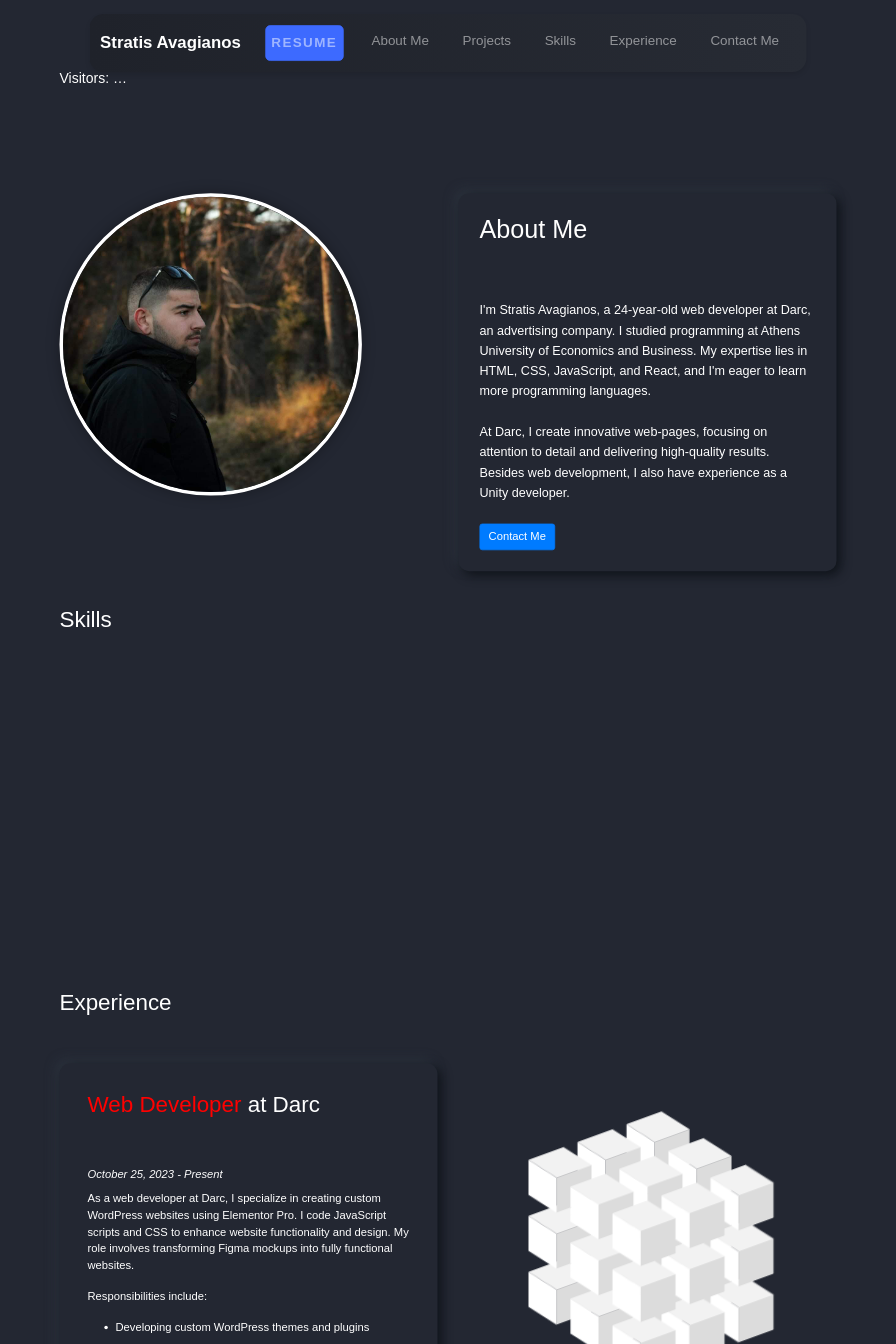
Repository: ava1313/Portfolio
Page: index.html
These files come from the project's save history. The page is drawn as it stood at one moment and after the next save; the edit follows.
The browser window is 1280 px wide. The pictures show the part of the page from y = 0 to 1920 px (the page is 3580 px tall before and 3454 px after), at 70% of full size.
Some web libraries are served in a nearby version.

Above is the page before, as saved 2025-05-08 00:28:50.
Console error: ReferenceError: firebase is not defined

### index.html
<!DOCTYPE html>
<html lang="en">
<head>
    <meta charset="UTF-8">
    <meta name="viewport" content="width=device-width, initial-scale=1.0">
    <meta http-equiv="Content-Security-Policy" content="script-src 'self' https://kit.fontawesome.com;">

    <title>My Portfolio</title>
    <link rel="stylesheet" href="https://stackpath.bootstrapcdn.com/bootstrap/4.5.2/css/bootstrap.min.css">
    <link rel="stylesheet" href="style.css">

    <script src="https://kit.fontawesome.com/59bc267a29.js" crossorigin="anonymous"></script>
      <!-- Firebase SDKs -->
  <script src="https://www.gstatic.com/firebasejs/9.22.0/firebase-app-compat.js"></script>
  <script src="https://www.gstatic.com/firebasejs/9.22.0/firebase-database-compat.js"></script>

</head>
<body>

    <nav class="navbar navbar-expand-lg navbar-dark bg-dark fixed-top">
        <div class="container">
            <div class="navbar-header">
                <a class="navbar-brand" href="#">Stratis Avagianos</a>
                <!-- Burger icon with toggle for popup on small screens -->
                <button class="navbar-toggler" type="button" id="toggleMenu">
                    <span class="navbar-toggler-icon"></span>
                </button>

            </div>
            <div class="collapse navbar-collapse" id="navbarSupportedContent">
                <ul class="navbar-nav ml-auto">
                    <li class="nav-item">
                        <a class="nav-link resume-link" href="MyResume.pdf" target="_blank">Resume</a>
                    </li>
                    <li class="nav-item">
                        <a class="nav-link" href="#about">About Me</a>
                    </li>
                    <li class="nav-item">
                        <a class="nav-link" href="#projects">Projects</a>
                    </li>
                    <li class="nav-item">
                        <a class="nav-link" href="#skills">Skills</a>
                    </li>
                    <li class="nav-item">
                        <a class="nav-link" href="#experience">Experience</a>
                    </li>
                    <li class="nav-item">
                        <a class="nav-link" href="#contact">Contact Me</a>
                    </li>
                </ul>
            </div>
        </div>
    </nav>

    <!-- Popup Menu for smaller screens -->
    <!-- Popup Menu for smaller screens -->
<div id="popupMenu" style="display: none; position: fixed; top: 0; left: 0; width: 100vw; height: 100vh; background-color: #232732; z-index: 1050; color: white;">
    <div style="width: 100%; height: 100%; display: flex; flex-direction: column; justify-content: center; align-items: center;">
        <button onclick="togglePopup()" style="position: absolute; top: 20px; right: 20px; border: none; background: none; color: white; font-size: 30px; cursor: pointer;">&times;</button>
        <ul class="navbar-nav">
            <li class="nav-item">
                <a class="nav-link" href="#about" onclick="togglePopup()">About Me</a>
            </li>
            <li class="nav-item">
                <a class="nav-link" href="#projects" onclick="togglePopup()">Projects</a>
            </li>
            <li class="nav-item">
                <a class="nav-link" href="#skills" onclick="togglePopup()">Skills</a>
            </li>
            <li class="nav-item">
                <a class="nav-link" href="#experience" onclick="togglePopup()">Experience</a>
            </li>
            <li class="nav-item">
                <a class="nav-link" href="#contact" onclick="togglePopup()">Contact Me</a>
            </li>
        </ul>
    </div>
</div>
  <!-- Visitor Counter -->
  <div class="container mt-5 pt-5">
    <p id="visitor-count" class="lead">Visitors: …</p>
  </div>




    <!-- Content Area -->
    <div class="content">
        <!-- Your content goes here -->
    </div>



    <section id="about">
        <div class="container">
            <div class="row">
                <div class="col-lg-6">
                    <div class="about-image">
                        <img src="me.jpg" alt="Your Name" class="img-fluid rounded-circle" id="profile-image">
                        <img src="me-cartoon.jpg" alt="Your Name" class="img-fluid rounded-circle" id="profile-image-hover">
                    </div>
                </div>
                <div class="col-lg-6">
                    <div class="about-content">
                        <h2>About Me</h2>
                        <p>I'm Stratis Avagianos, a 24-year-old web developer at Darc, an advertising company. I studied programming at Athens University of Economics and Business. My expertise lies in HTML, CSS, JavaScript, and React, and I'm eager to learn more programming languages.</p>
                        <p>At Darc, I create innovative web-pages, focusing on attention to detail and delivering high-quality results. Besides web development, I also have experience as a Unity developer.</p>
                        <a href="#contact" class="btn btn-primary">Contact Me</a>
                    </div>
                </div>
            </div>
        </div>
    </section>





  <section id="skills">
    <div class="container">
        <h2>Skills</h2>
        <div class="skills-grid">
            <div class="skill" data-tooltip="HTML"><i class="fab fa-html5"></i><span class="skill-name">HTML</span></div>
            <div class="skill" data-tooltip="JavaScript"><i class="fab fa-js"></i><span class="skill-name">JavaScript</span></div>
            <div class="skill" data-tooltip="CSS"><i class="fab fa-css3-alt"></i><span class="skill-name">CSS</span></div>
            <div class="skill" data-tooltip="Wordpress"><i class="fab fa-wordpress"></i><span class="skill-name">Wordpress</span></div>
            <div class="skill" data-tooltip="Bootstrap"><i class="fab fa-bootstrap"></i><span class="skill-name">Bootstrap</span></div>
            <div class="skill" data-tooltip="Angular"><i class="fab fa-angular"></i><span class="skill-name">Angular</span></div>
            <div class="skill" data-tooltip="React"><i class="fab fa-react"></i><span class="skill-name">React</span></div>
            <div class="skill" data-tooltip="Three.js"><i class="fas fa-cube"></i><span class="skill-name">Three.js</span></div>
            <div class="skill" data-tooltip="Node.js"><i class="fab fa-node-js"></i><span class="skill-name">Node.js</span></div>
            <div class="skill" data-tooltip="NGINX"><i class="fas fa-server"></i><span class="skill-name">NGINX</span></div>
            <div class="skill" data-tooltip="PHP"><i class="fab fa-php"></i><span class="skill-name">PHP</span></div>
            <div class="skill" data-tooltip="API"><i class="fas fa-network-wired"></i><span class="skill-name">API</span></div>
            <div class="skill" data-tooltip="C#"><i class="fab fa-windows"></i><span class="skill-name">C#</span></div>
            <div class="skill" data-tooltip="Python"><i class="fab fa-python"></i><span class="skill-name">Python</span></div>
            <div class="skill" data-tooltip="Graphics"><i class="fas fa-paint-brush"></i><span class="skill-name">Graphics</span></div>
            <div class="skill" data-tooltip="Kotlin"><i class="fab fa-korvue"></i><span class="skill-name">Kotlin</span></div>
            <div class="skill" data-tooltip="Unity"><i class="fab fa-unity"></i><span class="skill-name">Unity</span></div>
            <div class="skill" data-tooltip="Team Member Communication Skills"><i class="fas fa-users"></i><span class="skill-name">Team Member Communication Skills</span></div>
            <div class="skill" data-tooltip="Problem-Solving Skills"><i class="fas fa-puzzle-piece"></i><span class="skill-name">Problem-Solving Skills</span></div>
            <div class="skill" data-tooltip="Adaptability"><i class="fas fa-adjust"></i><span class="skill-name">Adaptability</span></div>
            <div class="skill" data-tooltip="Attention to detail"><i class="fas fa-search"></i><span class="skill-name">Attention to detail</span></div>
            <div class="skill" data-tooltip="Multitasking"><i class="fas fa-tasks"></i><span class="skill-name">Multitasking</span></div>
            <div class="skill" data-tooltip="Continuous learning"><i class="fas fa-graduation-cap"></i><span class="skill-name">Continuous learning</span></div>
            <div class="skill" data-tooltip="Collaboration and teamwork"><i class="fas fa-hands-helping"></i><span class="skill-name">Collaboration and teamwork</span></div>
        </div>
    </div>
</section>


<section id="experience">
    <div class="container">
        <h2><span class="experience-title">Experience</span></h2>
        <div class="row">
            <div class="col-lg-6">
                <div class="experience-card">
                    <div class="card-body">
                        <h2><span class="red-text">Web Developer</span> at Darc</h2>
                        <p class="job-duration">October 25, 2023 - Present</p>
                        <p class="job-description">As a web developer at Darc, I specialize in creating custom WordPress websites using Elementor Pro. I code JavaScript scripts and CSS to enhance website functionality and design. My role involves transforming Figma mockups into fully functional websites.</p>
                        <p class="job-responsibilities">Responsibilities include:</p>
                        <ul class="job-responsibilities">
                            <li>Developing custom WordPress themes and plugins</li>
                            <li>Optimizing website performance</li>
                        </ul>
                    </div>
                </div>
            </div>
            <div class="col-lg-6">
                <div class="cube-container">
                    <div class="cube">
                        <div style="--x:-1; --y:0;">
                          <span style="--i:3;"></span>
                          <span style="--i:2;"></span>
                          <span style="--i:1;"></span>
                        </div>
                        <div style="--x:0; --y:0;">
                          <span style="--i:3;"></span>
                          <span style="--i:2;"></span>
                          <span style="--i:1;"></span>
                        </div>
                        <div style="--x:1; --y:0;">
                          <span style="--i:3;"></span>
                          <span style="--i:2;"></span>
                          <span style="--i:1;"></span>
                        </div>
                      </div>
                      <div class="cube">
                        <div style="--x:-1; --y:0;">
                          <span style="--i:3;"></span>
                          <span style="--i:2;"></span>
                          <span style="--i:1;"></span>
                        </div>
                        <div style="--x:0; --y:0;">
                          <span style="--i:3;"></span>
                          <span style="--i:2;"></span>
                          <span style="--i:1;"></span>
                        </div>
                        <div style="--x:1; --y:0;">
                          <span style="--i:3;"></span>
                          <span style="--i:2;"></span>
                          <span style="--i:1;"></span>
                        </div>
                      </div>
                      <div class="cube">
                        <div style="--x:-1; --y:0;">
                          <span style="--i:3;"></span>
                          <span style="--i:2;"></span>
                          <span style="--i:1;"></span>
                        </div>
                        <div style="--x:0; --y:0;">
                          <span style="--i:3;"></span>
                          <span style="--i:2;"></span>
                          <span style="--i:1;"></span>
                        </div>
                        <div style="--x:1; --y:0;">
                          <span style="--i:3;"></span>
                          <span style="--i:2;"></span>
                          <span style="--i:1;"></span>
                        </div>
                      </div>
                </div>
            </div>
        </div>
    </div>
</section>



<section id="projects">
    <div class="container">
        <h2 class="section-title">Projects</h2>
        <div class="row">

            <div class="col-lg-4">
                <div class="project-card">
                    <div class="card-body">
                        <h3>ReLeaf</h3>
                        <p>"Releaf Website represents my foray into HTML and marks the beginning of my journey in web development. This experimental site showcases my initial steps in crafting engaging digital experiences. Leveraging technologies such as Owl Carousel and Leaf Maps, I aimed to enhance user interaction and create a visually compelling environment. Through this project, I've not only honed my HTML skills but also gained valuable insights into incorporating dynamic elements and interactive features into web design."
                        </p>
                        <a href="https://github.com/ava1313/ReLeaf" class="btn"  target="_blank">View on GitHub</a>
                    </div>
                </div>
            </div>
            <div class="col-lg-4">
                <div class="project-card">
                    <div class="card-body">
                        <h3>Travel Blog</h3>
                        <p>"This project is a travel blog site where I aimed to enhance my knowledge of parallax animation technology. Through the implementation of captivating parallax effects, I sought to create an engaging and visually dynamic user experience. By incorporating this innovative technique into the site's design, I aimed to elevate the storytelling aspect of the blog and provide visitors with an immersive journey through each destination showcased on the platform."
                        </p>

                        <a href="https://github.com/ava1313/Travel-Blog" class="btn" target="_blank">View on GitHub</a>
                    </div>
                </div>
            </div>
            <div class="col-lg-4">
                <div class="project-card">
                    <div class="card-body">
                        <h3>Activity Tracker </h3>
                        <p>"Activity Tracker is a mobile application designed to seamlessly monitor and analyze your outdoor activities. With a focus on precision, it captures crucial metrics such as longitude, latitude, and more, providing comprehensive statistics tailored to your training regimen. "</p>
                        <a href="https://github.com/ava1313/ActivityTracker" class="btn"  target="_blank">View on GitHub</a>
                    </div>
                </div>
            </div>
        </div>
    </div>
</section>





<section id="contact">
    <div class="container">
        <h2 class="section-title">Contact Me</h2>
        <div class="contact-form">
            <form action="mailto:stratosav1999@gmail.com" method="post" enctype="text/plain">
                <label for="name">Name:</label><br>
                <input type="text" id="name" name="name"><br>
                <label for="email">Email:</label><br>
                <input type="email" id="email" name="email"><br>
                <label for="message">Message:</label><br>
                <textarea id="message" name="message" rows="4"></textarea><br>
                <input type="submit" value="Submit">
            </form>
        </div>
        <div class="social-links">
            <a href="https://www.instagram.com/avagianos_/" class="social-link" target="_blank">
                <svg xmlns="http://www.w3.org/2000/svg" x="0px" y="0px" width="48" height="48" viewBox="0 0 48 48">
                    <radialGradient id="yOrnnhliCrdS2gy~4tD8ma_Xy10Jcu1L2Su_gr1" cx="19.38" cy="42.035" r="44.899" gradientUnits="userSpaceOnUse"><stop offset="0" stop-color="#fd5"></stop><stop offset=".328" stop-color="#ff543f"></stop><stop offset=".348" stop-color="#fc5245"></stop><stop offset=".504" stop-color="#e64771"></stop><stop offset=".643" stop-color="#d53e91"></stop><stop offset=".761" stop-color="#cc39a4"></stop><stop offset=".841" stop-color="#c837ab"></stop></radialGradient><path fill="url(#yOrnnhliCrdS2gy~4tD8ma_Xy10Jcu1L2Su_gr1)" d="M34.017,41.99l-20,0.019c-4.4,0.004-8.003-3.592-8.008-7.992l-0.019-20	c-0.004-4.4,3.592-8.003,7.992-8.008l20-0.019c4.4-0.004,8.003,3.592,8.008,7.992l0.019,20	C42.014,38.383,38.417,41.986,34.017,41.99z"></path><radialGradient id="yOrnnhliCrdS2gy~4tD8mb_Xy10Jcu1L2Su_gr2" cx="11.786" cy="5.54" r="29.813" gradientTransform="matrix(1 0 0 .6663 0 1.849)" gradientUnits="userSpaceOnUse"><stop offset="0" stop-color="#4168c9"></stop><stop offset=".999" stop-color="#4168c9" stop-opacity="0"></stop></radialGradient><path fill="url(#yOrnnhliCrdS2gy~4tD8mb_Xy10Jcu1L2Su_gr2)" d="M34.017,41.99l-20,0.019c-4.4,0.004-8.003-3.592-8.008-7.992l-0.019-20	c-0.004-4.4,3.592-8.003,7.992-8.008l20-0.019c4.4-0.004,8.003,3.592,8.008,7.992l0.019,20	C42.014,38.383,38.417,41.986,34.017,41.99z"></path><path fill="#fff" d="M24,31c-3.859,0-7-3.14-7-7s3.141-7,7-7s7,3.14,7,7S27.859,31,24,31z M24,19c-2.757,0-5,2.243-5,5	s2.243,5,5,5s5-2.243,5-5S26.757,19,24,19z"></path><circle cx="31.5" cy="16.5" r="1.5" fill="#fff"></circle><path fill="#fff" d="M30,37H18c-3.859,0-7-3.14-7-7V18c0-3.86,3.141-7,7-7h12c3.859,0,7,3.14,7,7v12	C37,33.86,33.859,37,30,37z M18,13c-2.757,0-5,2.243-5,5v12c0,2.757,2.243,5,5,5h12c2.757,0,5-2.243,5-5V18c0-2.757-2.243-5-5-5H18z"></path>
                    </svg>
            </a>
            <a class="social-link" href="https://www.linkedin.com/in/stratis-avagianos798753231/" target="_blank">
                <svg xmlns="http://www.w3.org/2000/svg" x="0px" y="0px" width="100" height="100" viewBox="0 0 48 48">
                    <path fill="#0078d4" d="M42,37c0,2.762-2.238,5-5,5H11c-2.761,0-5-2.238-5-5V11c0-2.762,2.239-5,5-5h26c2.762,0,5,2.238,5,5	V37z"></path><path d="M30,37V26.901c0-1.689-0.819-2.698-2.192-2.698c-0.815,0-1.414,0.459-1.779,1.364	c-0.017,0.064-0.041,0.325-0.031,1.114L26,37h-7V18h7v1.061C27.022,18.356,28.275,18,29.738,18c4.547,0,7.261,3.093,7.261,8.274	L37,37H30z M11,37V18h3.457C12.454,18,11,16.528,11,14.499C11,12.472,12.478,11,14.514,11c2.012,0,3.445,1.431,3.486,3.479	C18,16.523,16.521,18,14.485,18H18v19H11z" opacity=".05"></path><path d="M30.5,36.5v-9.599c0-1.973-1.031-3.198-2.692-3.198c-1.295,0-1.935,0.912-2.243,1.677	c-0.082,0.199-0.071,0.989-0.067,1.326L25.5,36.5h-6v-18h6v1.638c0.795-0.823,2.075-1.638,4.238-1.638	c4.233,0,6.761,2.906,6.761,7.774L36.5,36.5H30.5z M11.5,36.5v-18h6v18H11.5z M14.457,17.5c-1.713,0-2.957-1.262-2.957-3.001	c0-1.738,1.268-2.999,3.014-2.999c1.724,0,2.951,1.229,2.986,2.989c0,1.749-1.268,3.011-3.015,3.011H14.457z" opacity=".07"></path><path fill="#fff" d="M12,19h5v17h-5V19z M14.485,17h-0.028C12.965,17,12,15.888,12,14.499C12,13.08,12.995,12,14.514,12	c1.521,0,2.458,1.08,2.486,2.499C17,15.887,16.035,17,14.485,17z M36,36h-5v-9.099c0-2.198-1.225-3.698-3.192-3.698	c-1.501,0-2.313,1.012-2.707,1.99C24.957,25.543,25,26.511,25,27v9h-5V19h5v2.616C25.721,20.5,26.85,19,29.738,19	c3.578,0,6.261,2.25,6.261,7.274L36,36L36,36z"></path>
                    </svg>
            </a>

            <a href="https://github.com/ava1313" class="social-link"     target="_blank">
                <svg xmlns="http://www.w3.org/2000/svg" x="0px" y="0px" width="100" height="100" viewBox="0 0 72 72">
                    <path d="M36,12c13.255,0,24,10.745,24,24c0,10.656-6.948,19.685-16.559,22.818c0.003-0.009,0.007-0.022,0.007-0.022	s-1.62-0.759-1.586-2.114c0.038-1.491,0-4.971,0-6.248c0-2.193-1.388-3.747-1.388-3.747s10.884,0.122,10.884-11.491	c0-4.481-2.342-6.812-2.342-6.812s1.23-4.784-0.426-6.812c-1.856-0.2-5.18,1.774-6.6,2.697c0,0-2.25-0.922-5.991-0.922	c-3.742,0-5.991,0.922-5.991,0.922c-1.419-0.922-4.744-2.897-6.6-2.697c-1.656,2.029-0.426,6.812-0.426,6.812	s-2.342,2.332-2.342,6.812c0,11.613,10.884,11.491,10.884,11.491s-1.097,1.239-1.336,3.061c-0.76,0.258-1.877,0.576-2.78,0.576	c-2.362,0-4.159-2.296-4.817-3.358c-0.649-1.048-1.98-1.927-3.221-1.927c-0.817,0-1.216,0.409-1.216,0.876s1.146,0.793,1.902,1.659	c1.594,1.826,1.565,5.933,7.245,5.933c0.617,0,1.876-0.152,2.823-0.279c-0.006,1.293-0.007,2.657,0.013,3.454	c0.034,1.355-1.586,2.114-1.586,2.114s0.004,0.013,0.007,0.022C18.948,55.685,12,46.656,12,36C12,22.745,22.745,12,36,12z"></path>
                    </svg>
            </a>
        </div>
    </div>
</section>


<script src="https://code.jquery.com/jquery-3.5.1.slim.min.js"></script>
<script src="https://cdn.jsdelivr.net/npm/@popperjs/core@2.5.4/dist/umd/popper.min.js"></script>
<script src="https://stackpath.bootstrapcdn.com/bootstrap/4.5.2/js/bootstrap.min.js"></script>
<script src="script.js"></script>


</body>
</html>

Loaded but not shown: script.js (62 lines, source omitted); style.css (887 lines, source omitted)

After the next save:
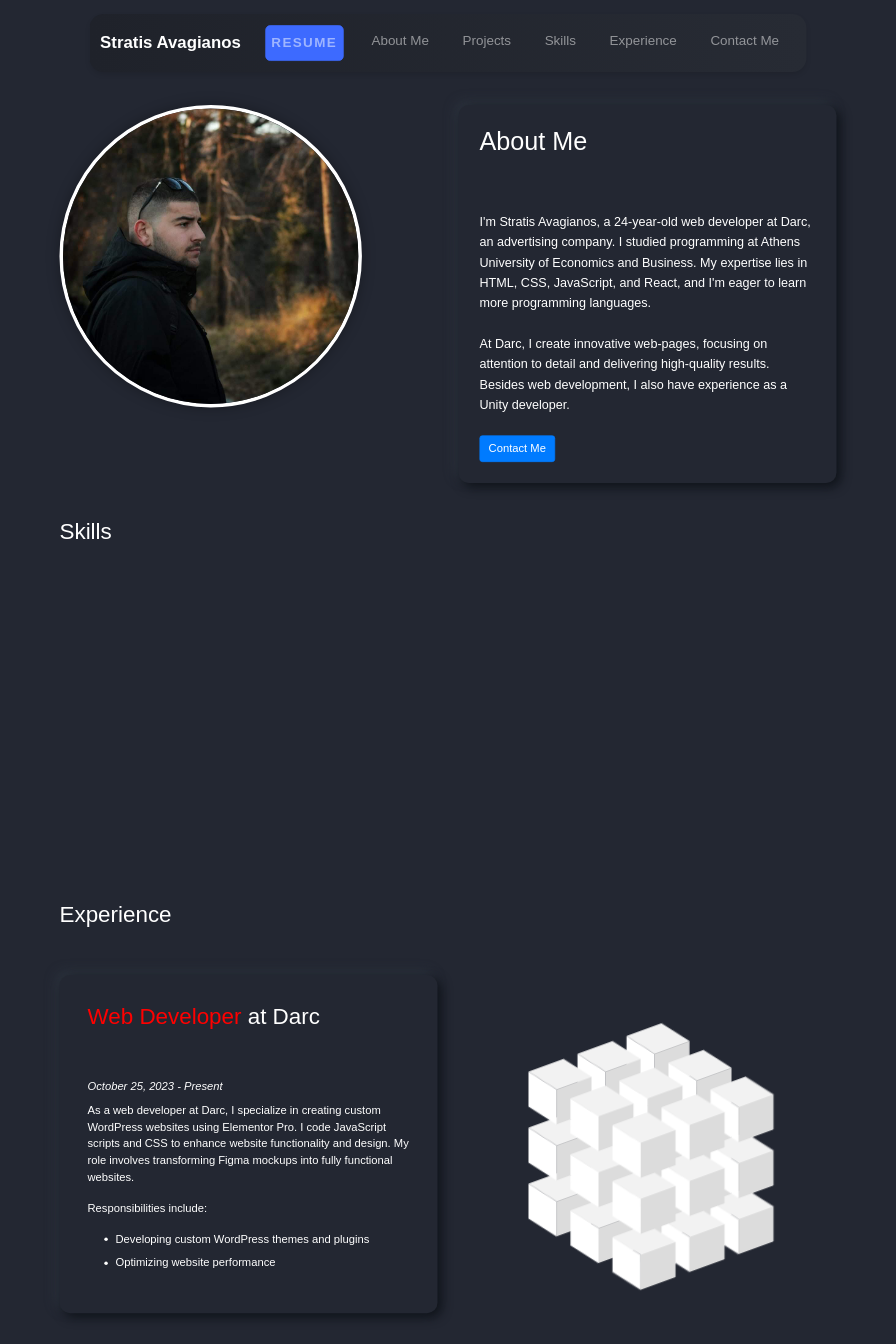
Saved 24 min 51 s later.
--- a/index.html
+++ b/index.html
@@ -76,11 +76,6 @@
         </ul>
     </div>
 </div>
-  <!-- Visitor Counter -->
-  <div class="container mt-5 pt-5">
-    <p id="visitor-count" class="lead">Visitors: …</p>
-  </div>
-
 
 
 
